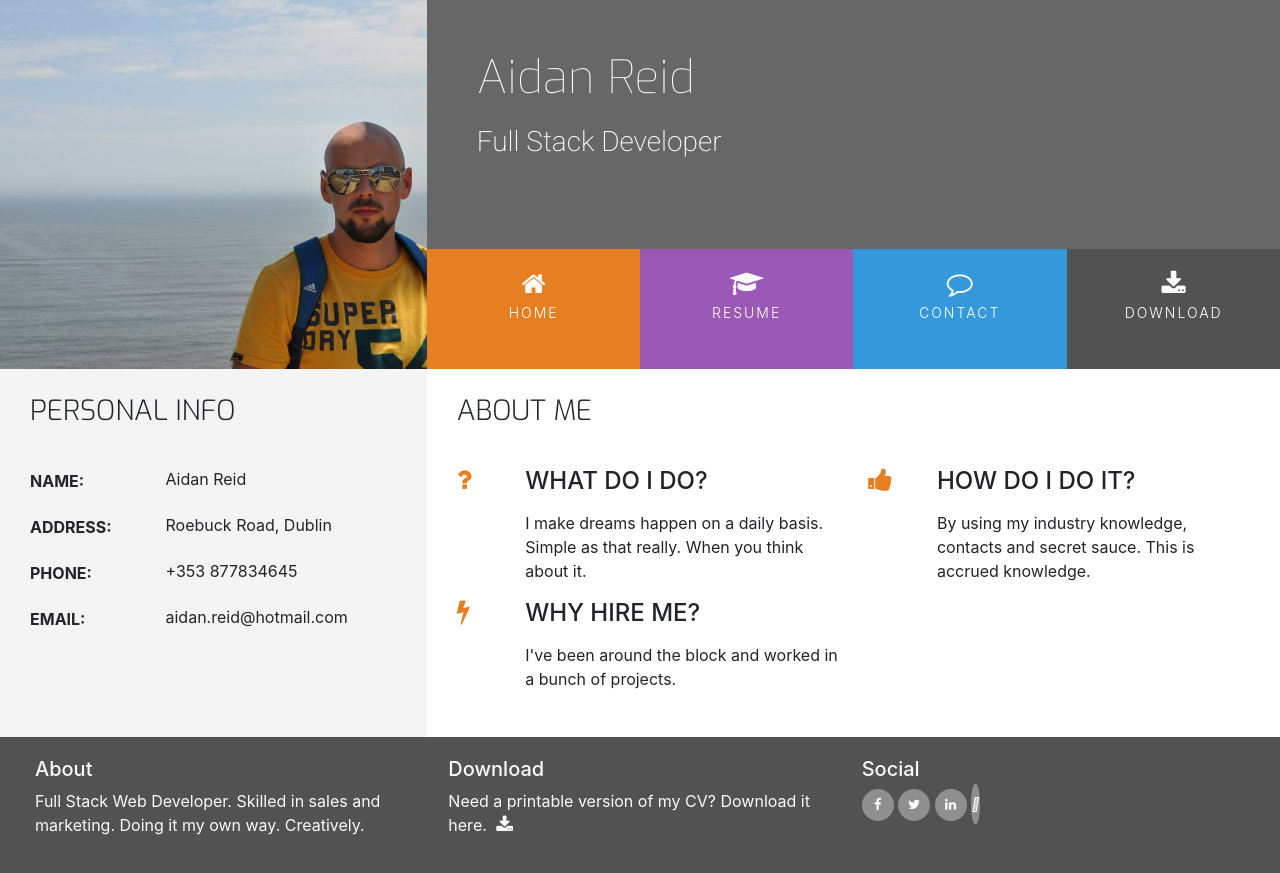
Repository: AidanJReid/Resume
Page: index.html
The author's editor kept a record of every edit. The page is drawn from the files as they stood at one moment, then again after the next edit.
The browser window is 1280 px wide. The pictures show the whole page.

Above is the page before.

After the next edit:
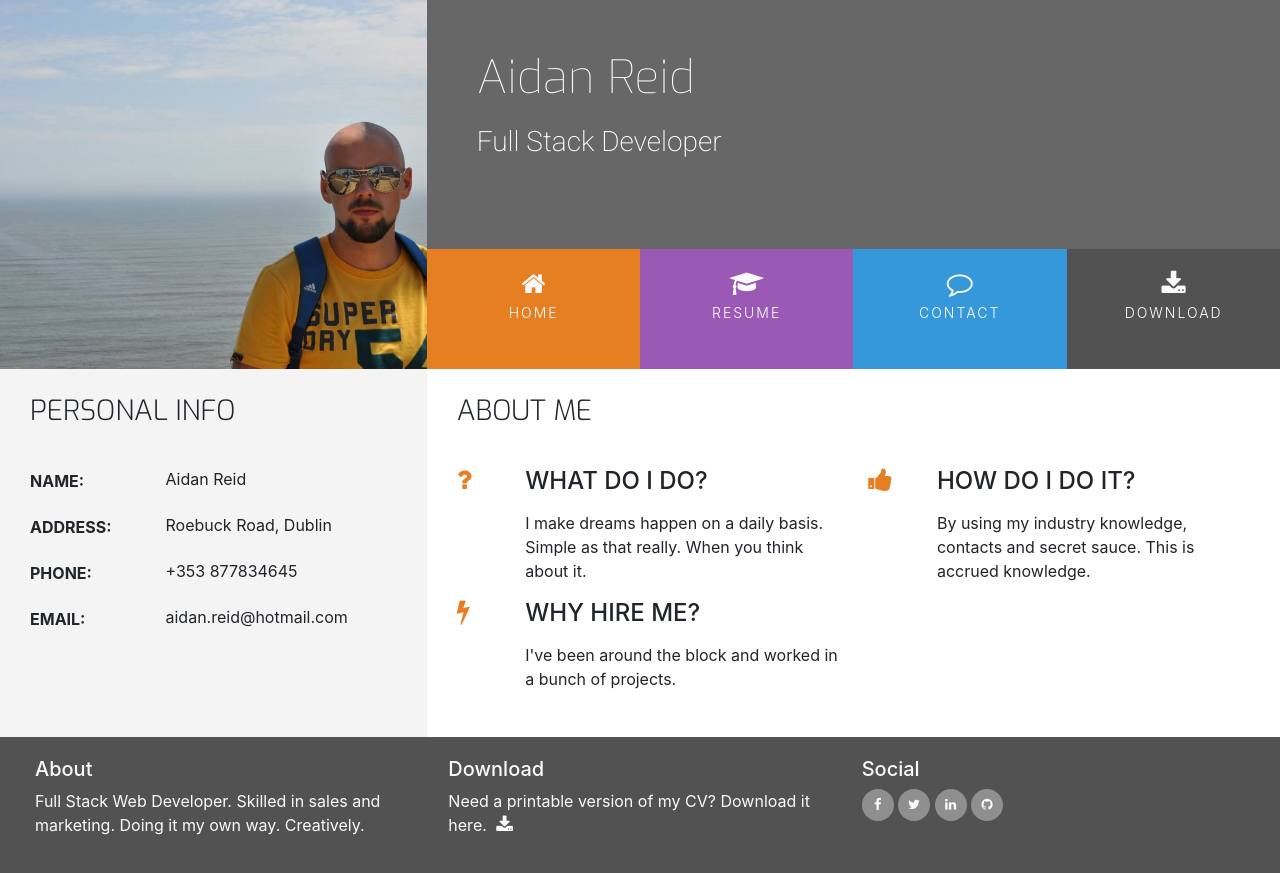
The edit:
--- a/index.html
+++ b/index.html
@@ -205,8 +205,8 @@
                         </a>
                     </li>
                     <li class="list-inline-item">
-                        <a target="_blank" href="https://github.com/AidanJReid">
-                            <i class="fab fa-github" aria-hidden="true"></i>
+                        <a href="https://github.com/AidanJReid" target="_blank">
+                            <i class="fa fa-github" aria-hidden="true"></i>
                             <span class="sr-only">Github</span>
                         </a>
                     </li>
